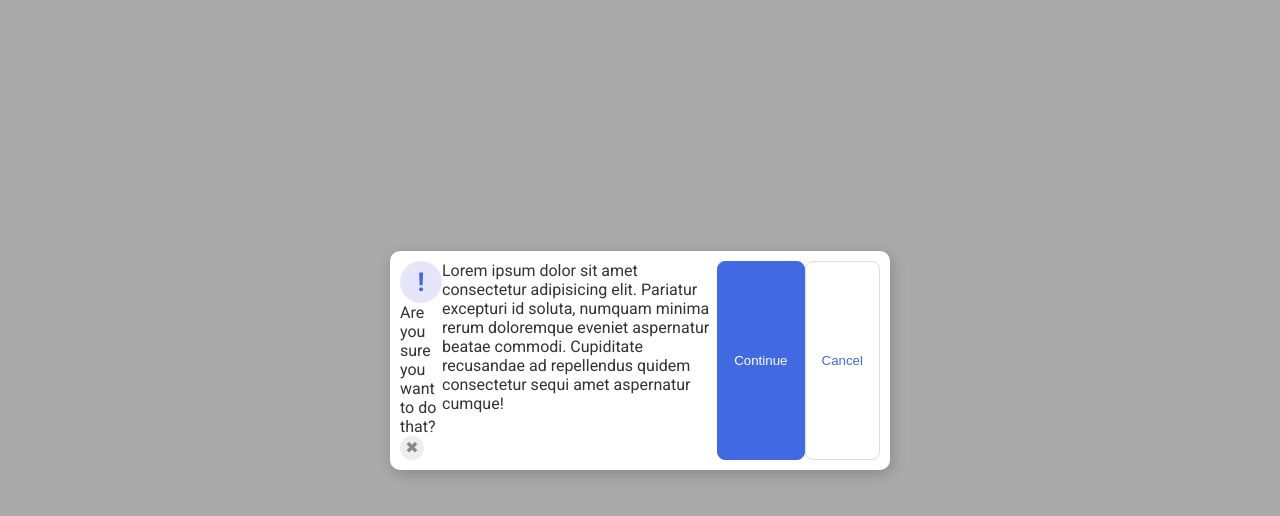
Repository: evemcd/odin_project
Page: 06-odin-css-flex/05-flex-modal/index.html
These files come from the project's save history. The page is drawn as it stood at one moment and after the next save; the edit follows.
The browser window is 1280 px wide. The pictures show the whole page.

Above is the page before, as saved 2022-02-03 09:49:50.

After the next save:
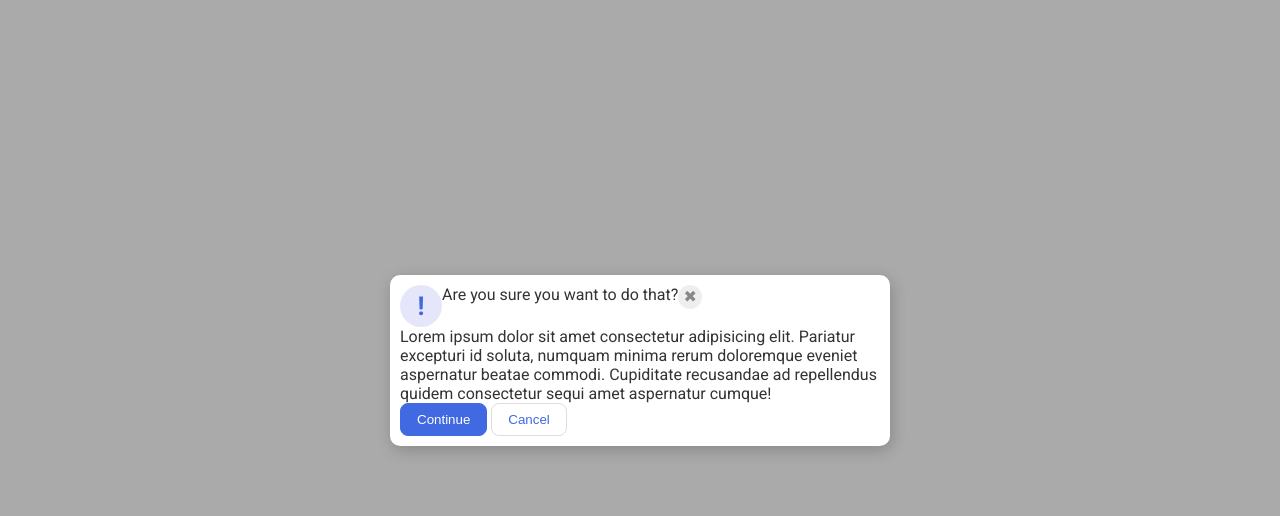
Saved 22 s later.
--- a/06-odin-css-flex/05-flex-modal/style.css
+++ b/06-odin-css-flex/05-flex-modal/style.css
@@ -22,7 +22,6 @@ body {
     border-radius: 10px;
     box-shadow: 2px 4px 16px rgba(0, 0, 0, .2);
     padding: 10px;
-    display: flex;
 }
 
 .icon {
@@ -69,4 +68,6 @@ button.cancel {
 }
 
 
-.yousure {}
+.yousure {
+    display: flex;
+}
